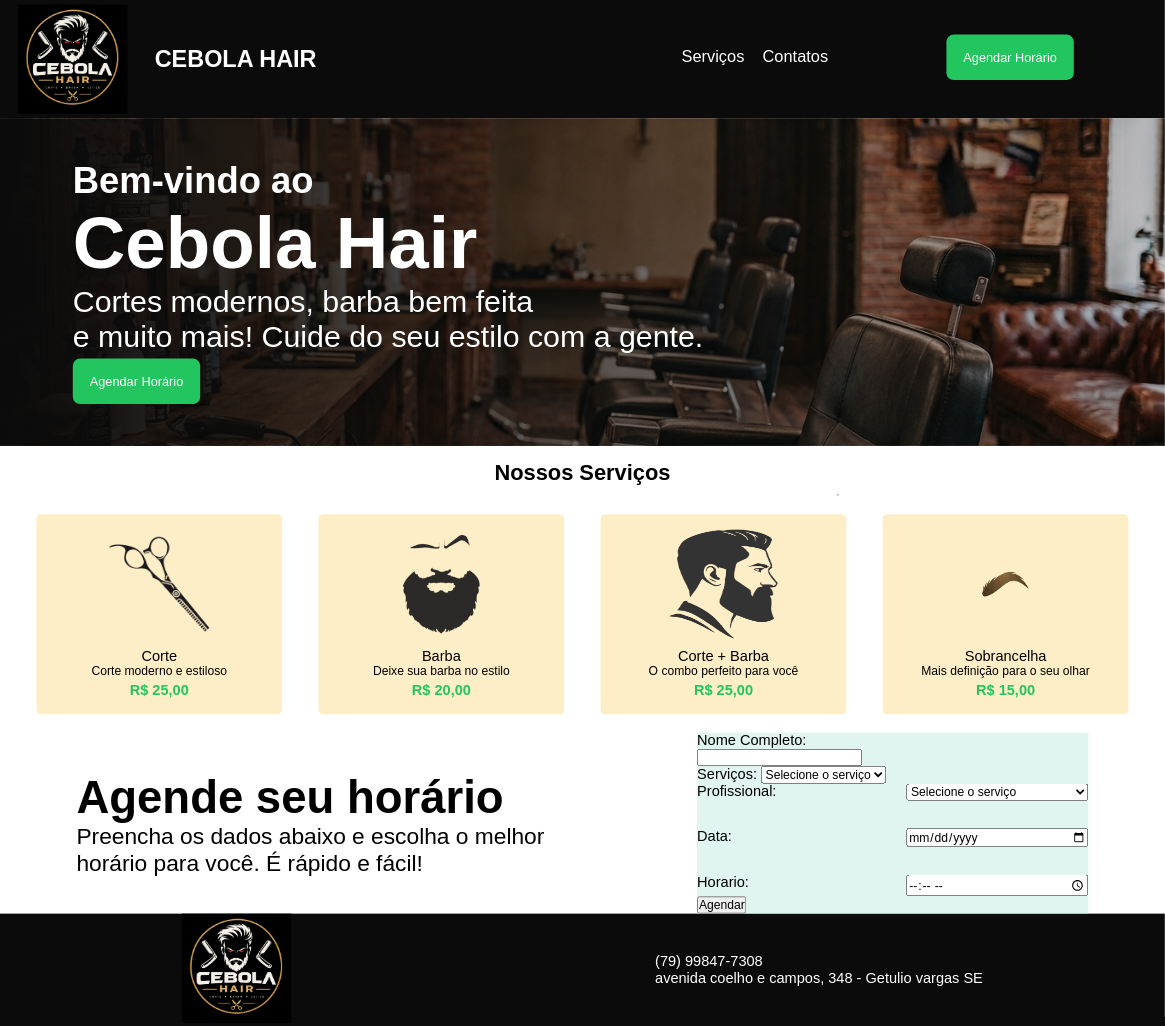
Repository: antonymsantana-design/final.activitie1
Page: index.html
The author's editor kept a copy of each file at every save. The page is drawn from the files as they stood at one save, then again after a run of saves.
The browser window is 1280 px wide. The pictures show the whole page, at 91% of full size.

Above is the page before, as saved 2026-09-15 19:31:39.

After the next 2 saves:
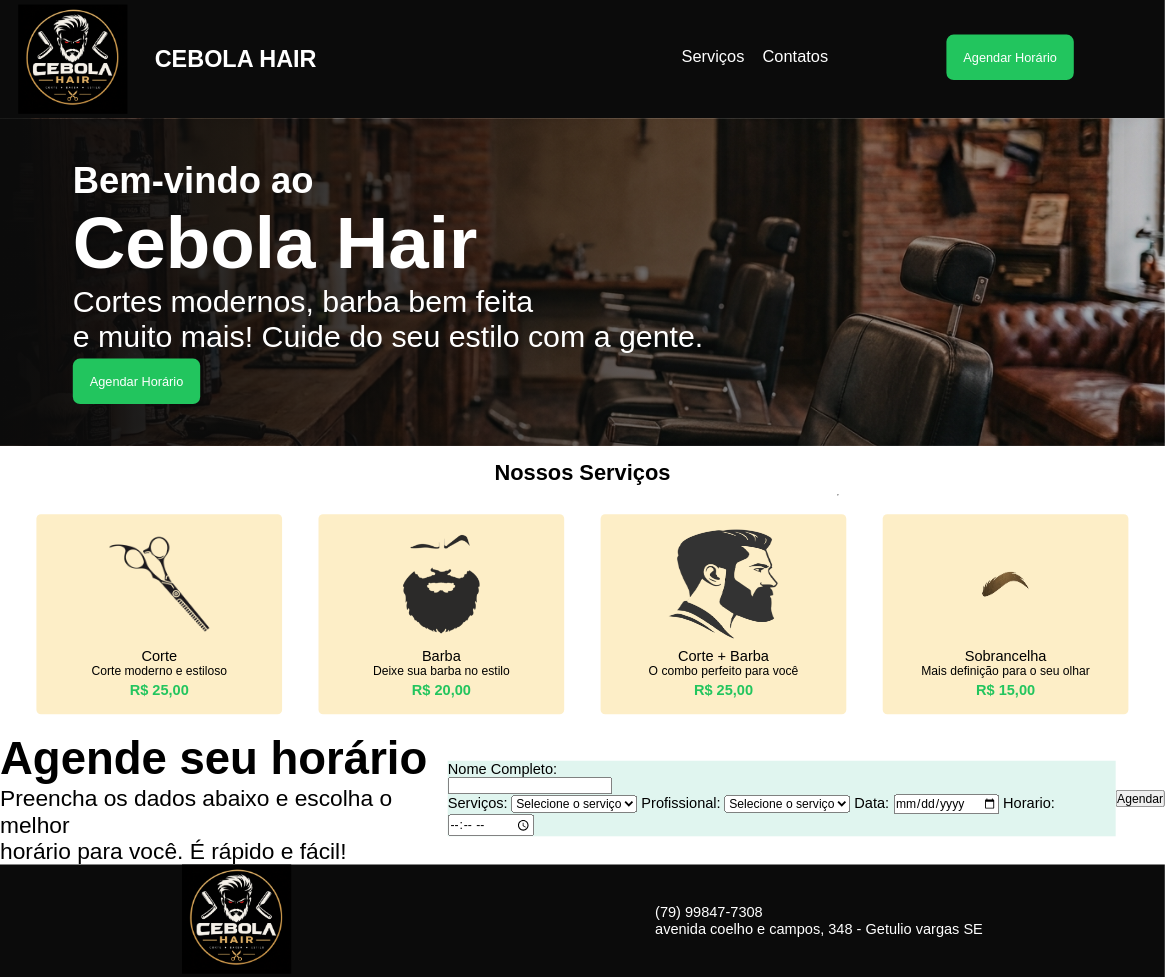
The 2 saves are shown as one change because they came seconds apart.
The last was saved 91 s later.
--- a/index.html
+++ b/index.html
@@ -99,6 +99,7 @@
         <input type="text" name="nome" id="nome" /><br />
 
         <div class="grid">
+            <div class="quadrado"></div>
           <label for="serv">Serviços:</label>
           <select name="serv" id="serv">
             <option value="">Selecione o serviço</option>
@@ -108,7 +109,7 @@
             <option value="sobrancelha">Sobrancelha</option>
           </select>
 
-          <div class="quadrado">
+
             <label for="prof">Profissional:</label>
             <select name="prof" id="prof">
               <option value="">Selecione o serviço</option>
